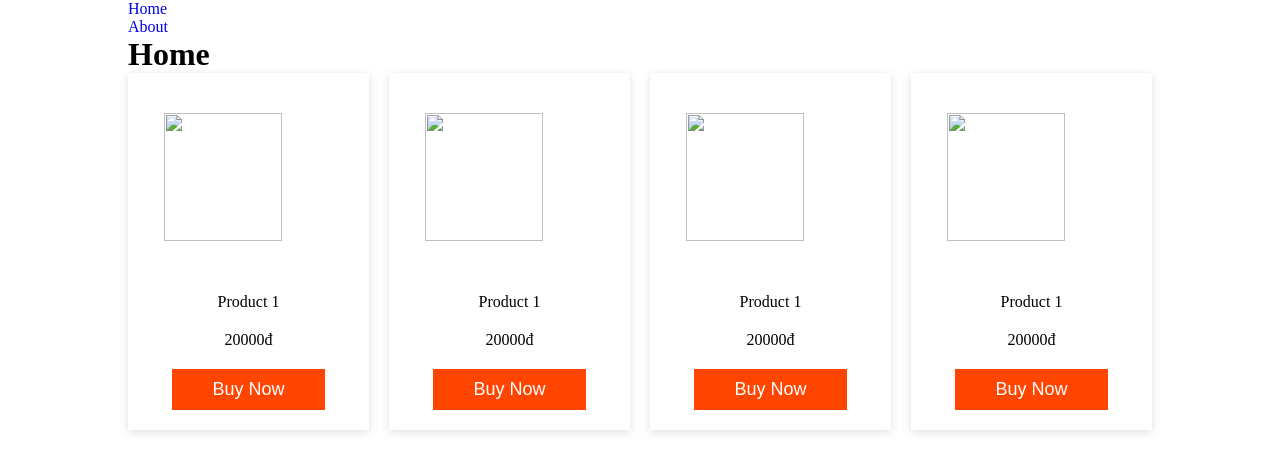
Repository: tuankiet10920/vuejs
Page: /
An editor plug-in stored every save of this project. The page is shown before and after the next save, followed by the edit.
The browser window is 1280 px wide. The pictures show the whole page.
The project was rebuilt for these pictures with package versions that can differ from the ones it lists, and the page was loaded fresh each time. Also part of the build but not shown: vite.config.js.

Above is the page before, as saved 2024-08-23 11:37:31.

After the next save:
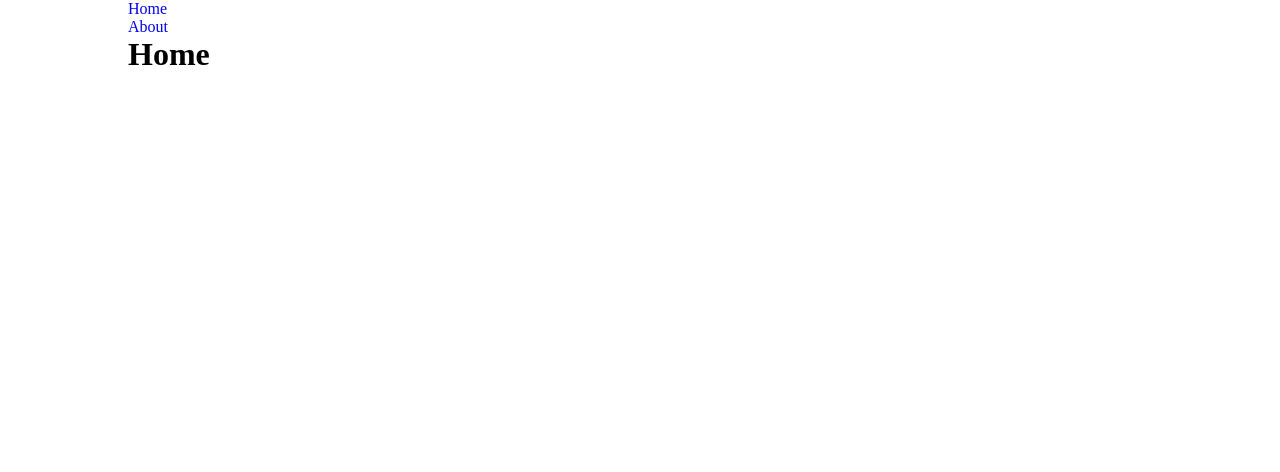
Console error: ReferenceError: image is not defined
Saved 5 s later.
--- a/src/components/product.vue
+++ b/src/components/product.vue
@@ -8,8 +8,8 @@
         image : String
     });
 
-    // let srcImage ='"' +  "../../public/img/" + image + '"';
-    // console.log(srcImage);
+    let srcImage ='"' +  "../../public/img/" + image + '"';
+    console.log(srcImage);
 
 </script>
 

After the save that followed:
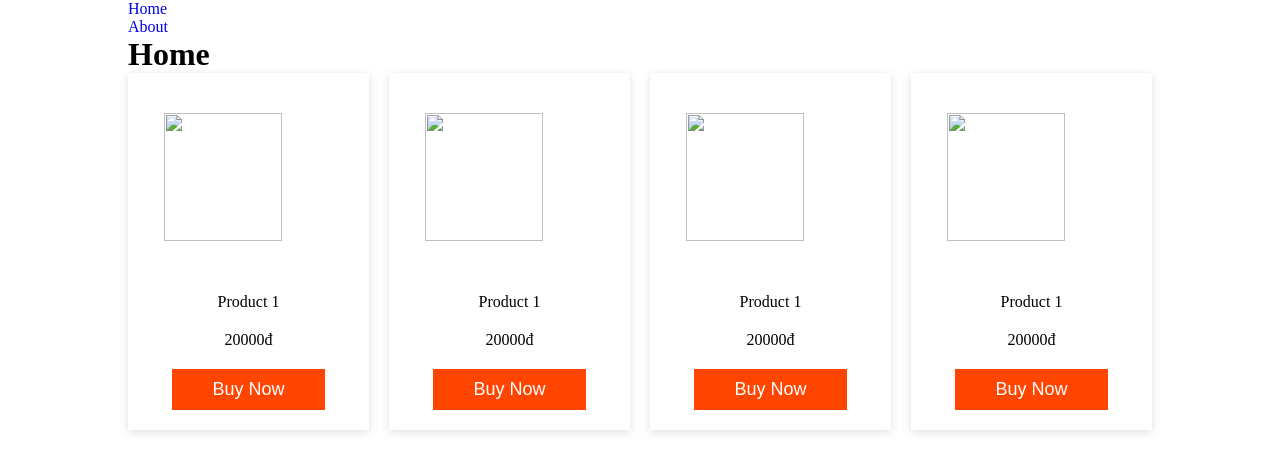
The error is gone.
Saved 4 s later.
--- a/src/components/product.vue
+++ b/src/components/product.vue
@@ -8,8 +8,8 @@
         image : String
     });
 
-    let srcImage ='"' +  "../../public/img/" + image + '"';
-    console.log(srcImage);
+    // let srcImage ='"' +  "../../public/img/" + image + '"';
+    // console.log(srcImage);
 
 </script>
 
